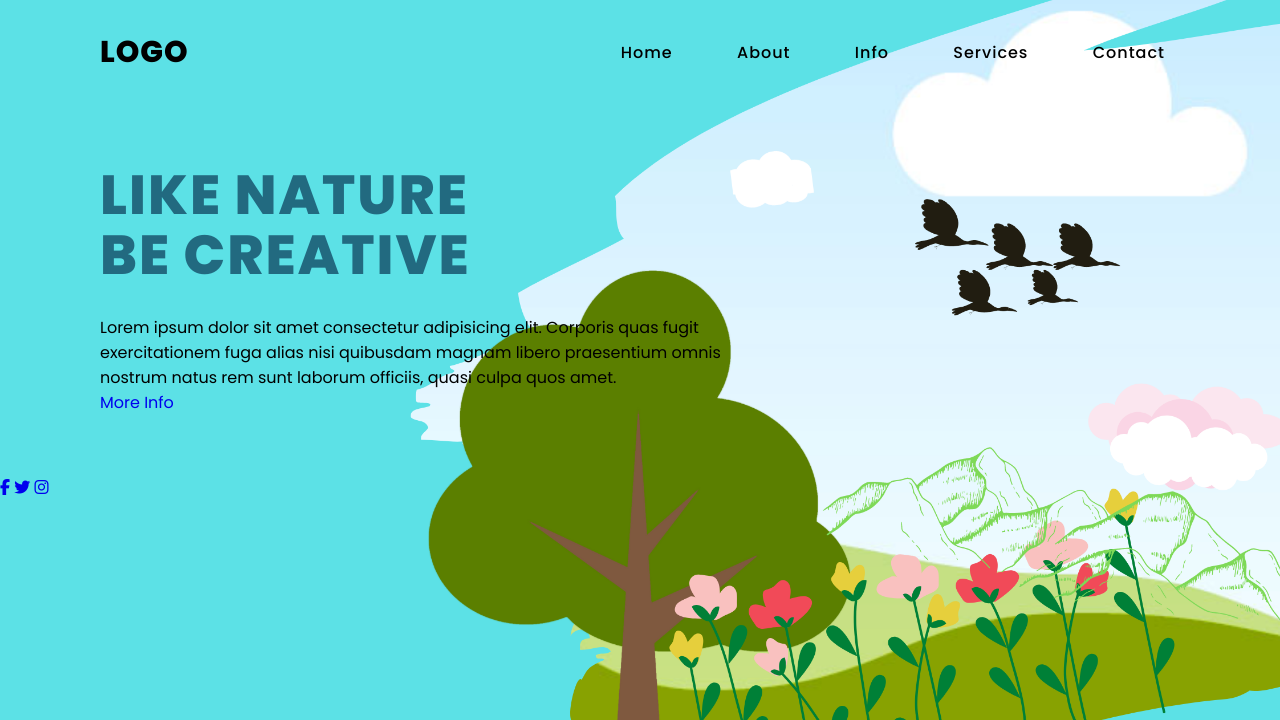
Repository: nganha241/CreativeNature
Page: index.html
The author's editor kept a copy of each file at every save. The page is drawn from the files as they stood at one save, then again after the next save.
The browser window is 1280 px wide. The pictures show the whole page.
Some web libraries are served in a nearby version.

Above is the page before, as saved 2022-06-18 08:51:44.

After the next save:
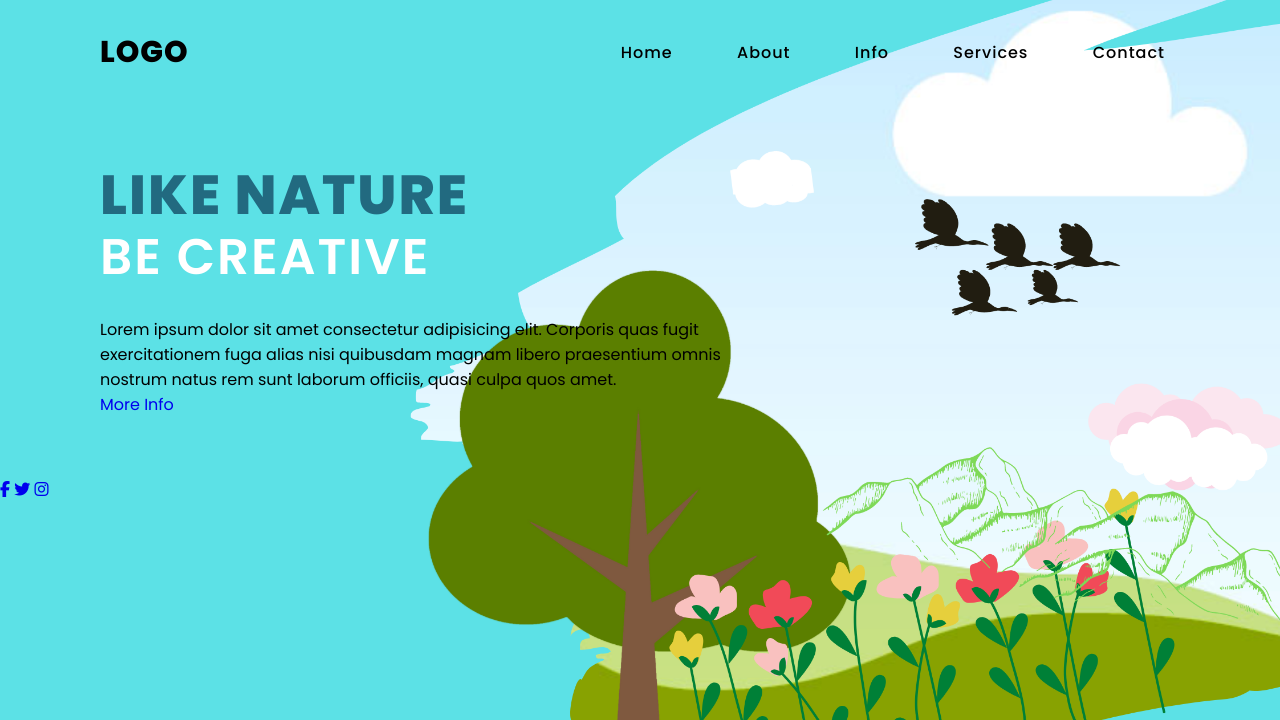
Saved 53 s later.
--- a/style.css
+++ b/style.css
@@ -75,3 +75,9 @@ header .navigation a:hover {
     line-height: 60px;
     margin-bottom: 30px;
 }
+
+.content .info h2 span {
+    color: #fff;
+    font-size: 50px;
+    font-weight: 600;
+}
